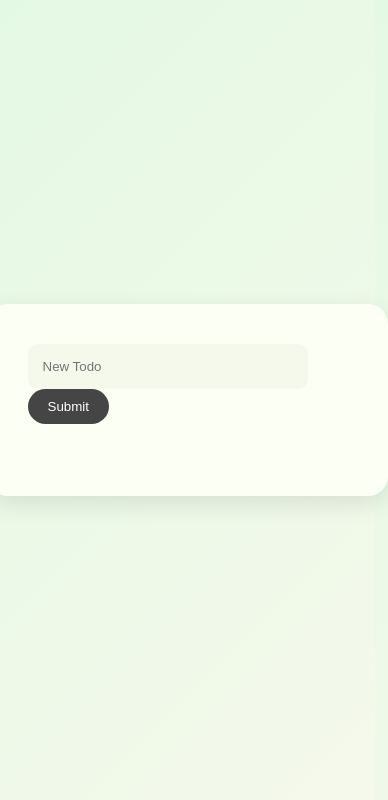
Repository: Subhadeep2609/Todo_React
Page: /
The author's editor kept a copy of each file at every save. The page is drawn from the files as they stood at one save, then again after the next save.
The browser window is 375 px wide. The page is 388 px wide, then 375 px, so the pictures cover 388 px, including what lies to the right of the window. The pictures show the whole page.
The project was rebuilt for these pictures with package versions that can differ from the ones it lists, and the page was loaded fresh each time. Also part of the build but not shown: vite.config.js.

Above is the page before, as saved 2025-09-04 13:40:48.

### src/index.css
/* Reset */
* {
  padding: 0;
  margin: 0;
  box-sizing: border-box;
}

body {
  background: linear-gradient(135deg, #e4f9e4, #f5f9eb);
  height: 100vh;
  display: flex;
  justify-content: center;
  align-items: center;
  font-family: "Poppins", sans-serif;
}

/* Container */
.container {
  background: #fcfff3;
  padding: 40px;
  border-radius: 20px;
  box-shadow: 0 8px 25px rgba(0, 0, 0, 0.1);
  min-width: 400px;
  transition: transform 0.3s ease;
}

.container:hover {
  transform: translateY(-5px);
}

/* Input */
input {
  padding: 15px;
  border: none;
  outline: none;
  background: #f5f9eb;
  width: 280px;
  margin-right: 10px;
  border-radius: 10px;
  transition: box-shadow 0.3s ease;
}

input:focus {
  box-shadow: 0 0 8px rgba(0, 150, 136, 0.4);
}

/* Button */
button {
  border-radius: 100px;
  background: #454545;
  padding: 10px 20px;
  outline: none;
  border: none;
  color: #fff;
  cursor: pointer;
  font-weight: 500;
  transition: all 0.3s ease;
}

button:hover {
  background: #2e7d32;
  transform: scale(1.05);
}

/* Todos List */
.todos-list {
  margin-top: 2rem;
  animation: fadeIn 0.6s ease-in-out;
}

/* Todo Item */
.todo {
  list-style: none;
  display: flex;
  justify-content: space-between;
  align-items: center;
  background: #f5f9eb;
  padding: 12px 20px;
  margin: 10px 0;
  border-radius: 12px;
  box-shadow: 0 4px 12px rgba(0, 0, 0, 0.05);
  animation: slideIn 0.4s ease forwards;
  opacity: 0;
}

/* Appear animation */
@keyframes slideIn {
  from {
    transform: translateY(15px);
    opacity: 0;
  }
  to {
    transform: translateY(0);
    opacity: 1;
  }
}

/* Fade in */
@keyframes fadeIn {
  from {
    opacity: 0;
  }
  to {
    opacity: 1;
  }
}

/* Close button */
.close {
  padding: 6px 12px;
  cursor: pointer;
  border-radius: 50%;
  background: #ff5252;
  color: white;
  border: none;
  transition: all 0.3s ease;
}

.close:hover {
  background: #d32f2f;
  transform: rotate(90deg);
}

### src/App.jsx
import Todo from "./components/Todo"


function App() {


  return (
    <div>
      <Todo/>
    </div>
  )
}

export default App

### src/components/Todo.jsx
import { useState } from "react";
import "../index.css";

const Todo = () => {
  const [todos, setTodos] = useState([]);
  const [input, setInput] = useState("");

  const handleSubmit = () => {
    if (!input.trim()) return; // prevent empty todo

    setTodos((prev) => [
      ...prev,
      { text: input, id: Date.now() }, // unique id
    ]);
    setInput("");
  };

  const removeTodo = (id) =>
    setTodos((prev) => prev.filter((t) => t.id !== id));

  const handleKeyDown = (e) => {
    if (e.key === "Enter") handleSubmit();
  };

  return (
    <div className="container">
      <input
        type="text"
        placeholder="New Todo"
        value={input}
        onChange={(e) => setInput(e.target.value)}
        onKeyDown={handleKeyDown}
      />

      <button type="button" onClick={handleSubmit}>
        Submit
      </button>

      <ul className="todos-list">
        {todos.map(({ text, id }) => (
          <li className="todo" key={id}>
            <span>{text}</span>
            <button
              type="button"
              className="close"
              onClick={() => removeTodo(id)}
            >
              X
            </button>
          </li>
        ))}
      </ul>
    </div>
  );
};

export default Todo;

Loaded but not shown: index.html (common file); src/main.jsx (common file)

After the next save:
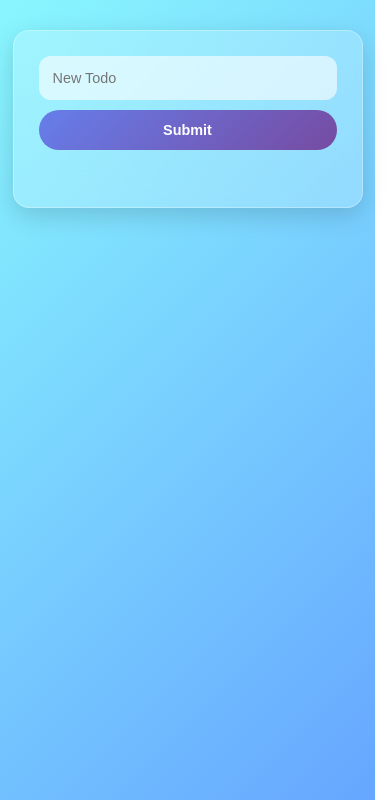
Saved 89 s later.
--- a/src/index.css
+++ b/src/index.css
@@ -6,60 +6,68 @@
 }
 
 body {
-  background: linear-gradient(135deg, #e4f9e4, #f5f9eb);
+  background: linear-gradient(135deg, #89f7fe, #66a6ff);
   height: 100vh;
   display: flex;
   justify-content: center;
   align-items: center;
   font-family: "Poppins", sans-serif;
+  overflow-x: hidden;
 }
 
-/* Container */
+/* Glassmorphism Container */
 .container {
-  background: #fcfff3;
+  background: rgba(255, 255, 255, 0.2);
+  backdrop-filter: blur(15px);
   padding: 40px;
   border-radius: 20px;
-  box-shadow: 0 8px 25px rgba(0, 0, 0, 0.1);
-  min-width: 400px;
+  box-shadow: 0 8px 25px rgba(0, 0, 0, 0.15);
+  min-width: 350px;
+  max-width: 600px;
+  width: 90%;
   transition: transform 0.3s ease;
+  border: 1px solid rgba(255, 255, 255, 0.3);
 }
 
 .container:hover {
-  transform: translateY(-5px);
+  transform: translateY(-8px);
 }
 
 /* Input */
 input {
-  padding: 15px;
+  padding: 14px;
   border: none;
   outline: none;
-  background: #f5f9eb;
-  width: 280px;
-  margin-right: 10px;
-  border-radius: 10px;
-  transition: box-shadow 0.3s ease;
+  background: rgba(255, 255, 255, 0.6);
+  width: 70%;
+  border-radius: 12px;
+  transition: all 0.3s ease;
+  font-size: 1rem;
 }
 
 input:focus {
-  box-shadow: 0 0 8px rgba(0, 150, 136, 0.4);
+  background: rgba(255, 255, 255, 0.8);
+  box-shadow: 0 0 10px rgba(102, 166, 255, 0.7);
 }
 
 /* Button */
 button {
   border-radius: 100px;
-  background: #454545;
-  padding: 10px 20px;
+  background: linear-gradient(135deg, #667eea, #764ba2);
+  padding: 12px 20px;
   outline: none;
   border: none;
   color: #fff;
+  font-weight: 600;
   cursor: pointer;
-  font-weight: 500;
   transition: all 0.3s ease;
+  font-size: 0.95rem;
 }
 
 button:hover {
-  background: #2e7d32;
-  transform: scale(1.05);
+  background: linear-gradient(135deg, #764ba2, #667eea);
+  transform: scale(1.08);
+  box-shadow: 0 4px 12px rgba(118, 75, 162, 0.5);
 }
 
 /* Todos List */
@@ -74,13 +82,16 @@ button:hover {
   display: flex;
   justify-content: space-between;
   align-items: center;
-  background: #f5f9eb;
-  padding: 12px 20px;
+  background: rgba(255, 255, 255, 0.25);
+  padding: 14px 20px;
   margin: 10px 0;
-  border-radius: 12px;
-  box-shadow: 0 4px 12px rgba(0, 0, 0, 0.05);
+  border-radius: 14px;
+  backdrop-filter: blur(8px);
+  box-shadow: 0 4px 15px rgba(0, 0, 0, 0.1);
   animation: slideIn 0.4s ease forwards;
   opacity: 0;
+  color: #333;
+  font-weight: 500;
 }
 
 /* Appear animation */
@@ -110,13 +121,76 @@ button:hover {
   padding: 6px 12px;
   cursor: pointer;
   border-radius: 50%;
-  background: #ff5252;
+  background: #ff4b5c;
   color: white;
   border: none;
   transition: all 0.3s ease;
+  font-weight: bold;
 }
 
 .close:hover {
-  background: #d32f2f;
-  transform: rotate(90deg);
+  background: #d62839;
+  transform: rotate(90deg) scale(1.1);
+  box-shadow: 0 4px 10px rgba(255, 75, 92, 0.5);
 }
+
+/* ========================= */
+/* Responsive Design */
+/* ========================= */
+
+@media (max-width: 768px) {
+  .container {
+    padding: 30px;
+    width: 95%;
+  }
+
+  input {
+    width: 65%;
+    font-size: 0.9rem;
+  }
+
+  button {
+    padding: 10px 16px;
+    font-size: 0.85rem;
+  }
+
+  .todo {
+    padding: 12px 16px;
+    font-size: 0.9rem;
+  }
+}
+
+@media (max-width: 480px) {
+  body {
+    align-items: flex-start;
+    padding-top: 30px;
+  }
+
+  .container {
+    width: 95%;
+    padding: 25px;
+    border-radius: 16px;
+  }
+
+  input {
+    width: 100%;
+    margin-bottom: 10px;
+    font-size: 0.9rem;
+  }
+
+  button {
+    width: 100%;
+    font-size: 0.9rem;
+    padding: 12px;
+  }
+
+  .todo {
+    flex-direction: column;
+    align-items: flex-start;
+    gap: 8px;
+  }
+
+  .close {
+    align-self: flex-end;
+  }
+}
